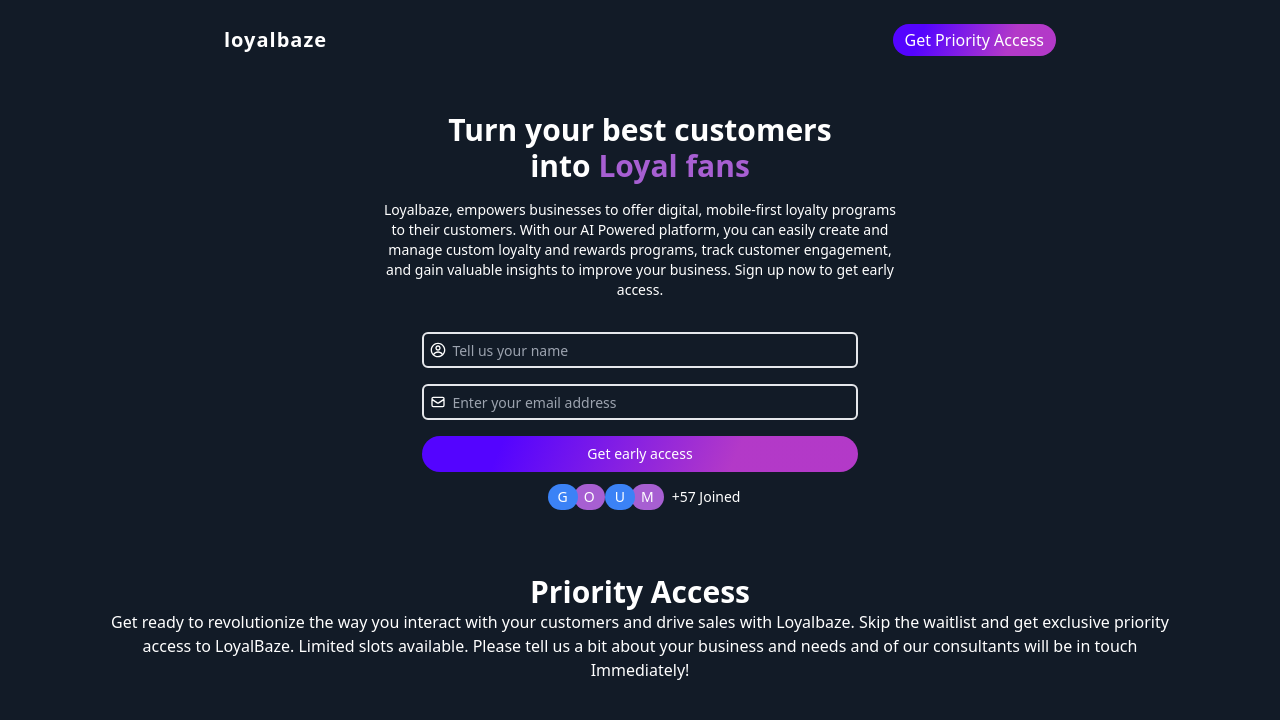
Repository: Jerified/loyalbaze
Page: /
The author's editor kept a copy of each file at every save. The page is drawn from the files as they stood at one save, then again after a run of saves.
The browser window is 1280 px wide. The pictures show the whole page.
The project was rebuilt for these pictures with package versions that can differ from the ones it lists, and the page was loaded fresh each time. The framework's server and built-in components were replaced by stand-ins that run in the browser. Also part of the build but not shown: next.config.js.

Above is the page before, as saved 2023-02-11 07:20:08.

After the next 2 saves:
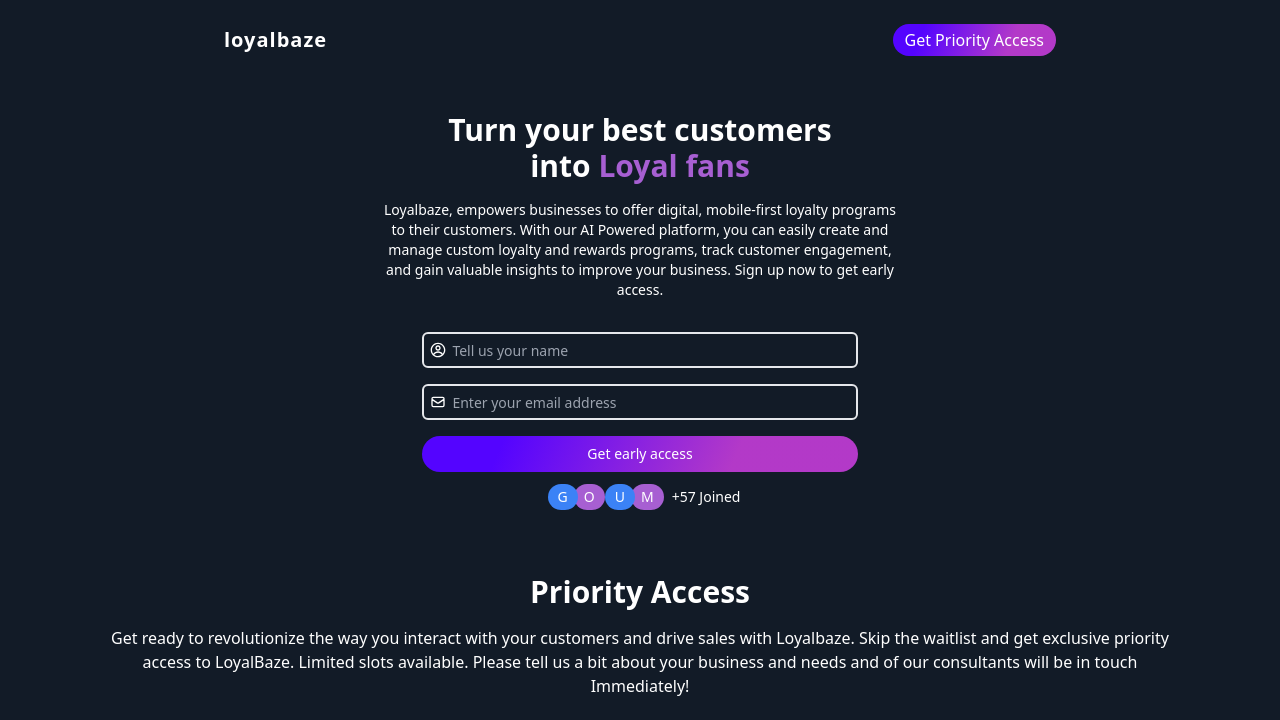
The 2 saves are shown as one change because they came seconds apart.
The last was saved 34 s later.
--- a/src/components/Form.tsx
+++ b/src/components/Form.tsx
@@ -6,7 +6,7 @@ const Form = () => {
       <main className="">
         <div className="text-center">
           <h1 className="font-semibold text-3xl ">Priority Access</h1>
-          <p className="">
+          <p className="pt-4">
             Get ready to revolutionize the way you interact with your customers
             and drive sales with Loyalbaze. Skip the waitlist and get exclusive
             priority access to LoyalBaze. Limited slots available. Please tell
